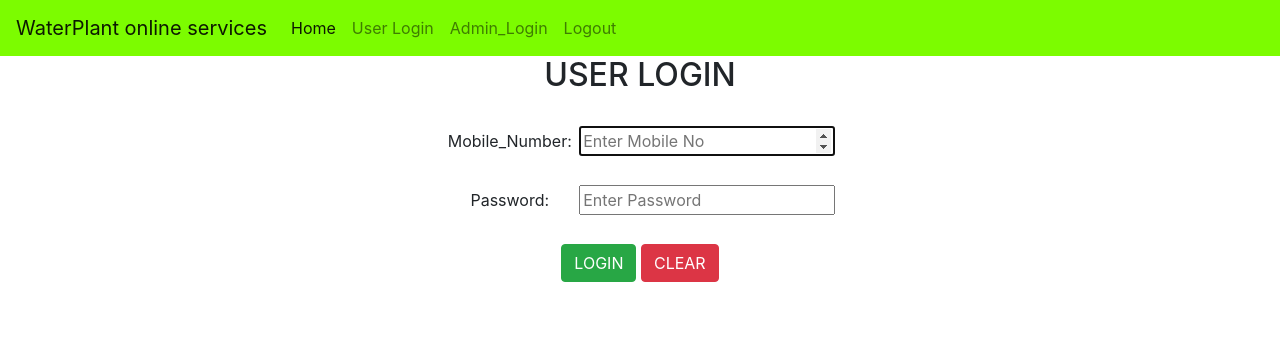
Repository: SHARMILAG97/WebApplication
Page: http://localhost/waterplant_web/userlogin.jsp
These files come from the project's save history. The page is drawn as it stood at one moment and after the next save; the edit follows.
The browser window is 1280 px wide. The pictures show the whole page.
The page is served by Tomcat 9. Other server files are loaded and not shown.

Above is the page before, as saved 2019-09-18 10:45:32.
Console error: TypeError: Cannot read properties of undefined (reading 'fn')

### waterplant_web/src/main/webapp/userlogin.jsp
<%@ page language="java" contentType="text/html; charset=ISO-8859-1"
    pageEncoding="ISO-8859-1"%>
<!DOCTYPE html>
<html>
<head>
<meta charset="ISO-8859-1">
<title>UserLogin</title>
<link rel="stylesheet" href="css/bootstrap.min.css">
<script src="js/bootstrap.min.js"></script>
<script src="js/jquery-3.4.1.min.js"></script>

<style type="text/css">
   label{
  width: 130px;
  display: inline-block;
  text-align:center;
   }
</style>



</head>

<body style="text-align:center">

<jsp:include page="headers.jsp"></jsp:include>
<h2>USER LOGIN</h2><br/>
<script type="text/javascript">
       function status() {

           window.location.href = "useroperations.jsp";
       }
 </script>
 <script>

function register() {

    event.preventDefault();
   var mobileno = document.getElementById("mobileno").value;
    var password = document.getElementById("password").value;
    var formData = "mobileno=" + mobileno + "&password=" + password;
    console.log(formData);

    var url = "http://localhost:8080/waterplant_web/UserLoginServlet?" + formData;
    console.log(url);
    var formData = {};
    $.get(url, function(response) {
        console.log(response);
        localStorage.setItem("LOGGED_IN_USER",response);
        console.log(response.errorMessage);
        var msg=JSON.parse(response);

        if (msg.errorMessage!=null) {
            alert("Invalid Username/Password");
            window.location.href = "userlogin.jsp";
        } else {

           status();
        }
    });
}
</script>
<%
String message = request.getParameter("message");
if (message != null){
	out.println("<font color='red'>" + message + "</font>");
}
%>


<form onsubmit="register()">
<label>Mobile_Number:</label>
<input type="number" name="mobileno" id="mobileno" placeholder="Enter Mobile No" required autofocus/>
<br/><br/>

<label>Password:</label>
<input type="password" name="password" id="password" placeholder="Enter Password" required />
<br/><br/>

<input type="submit" value="LOGIN" class="btn btn-success">
<button type="reset" class="btn btn-danger" value="clear">CLEAR</button>
</form>

<script >

function displayName(){

	var user =JSON.parse(localStorage.getItem("LOGGED_IN_USER"));
	var name= user.Name;
	document.getElementById("name").innerHtml = "Welcome....."+ name;
	return name;
}

displayName();
</script>


</body>
</html>

### waterplant_web/src/main/webapp/headers.jsp

<nav class="navbar navbar-expand-md navbar-light" style="background-color: #7CFC00;">
 <a class="navbar-brand" href="index.jsp">WaterPlant online services</a>
 <button class="navbar-toggler" type="button" data-toggle="collapse" data-target="#navbarCollapse" aria-controls="navbarCollapse" aria-expanded="false" aria-label="Toggle navigation">
   <span class="navbar-toggler-icon"></span>
 </button>
 <div class="collapse navbar-collapse" id="navbarCollapse">
   <ul class="navbar-nav mr-auto">
     <li class="nav-item active">
       <a class="nav-link" href="index.jsp">Home</a>
     </li>

     <li class="nav-item">
       <a class="nav-link " href="userlogin.jsp">User Login</a>
     </li>
     <li class="nav-item">
       <a class="nav-link " href="adminlogin.jsp">Admin_Login</a>
     </li>
      <li class="nav-item">
       <a class="nav-link " href="index.jsp">Logout</a>
     </li>

   </ul>
 <!--   <form class="form-inline mt-2 mt-md-0">
   <input class="form-control mr-sm-2" type="text" placeholder="Search" aria-label="Search">
     <button class="btn btn-outline-success my-2 my-sm-0" type="submit">Search</button>
   </form>-->
 </div>
</nav>

Loaded but not shown: waterplant_web/src/main/webapp/css/bootstrap.min.css (library); waterplant_web/src/main/webapp/js/bootstrap.min.js (library); waterplant_web/src/main/webapp/js/jquery-3.4.1.min.js (library)

After the next save:
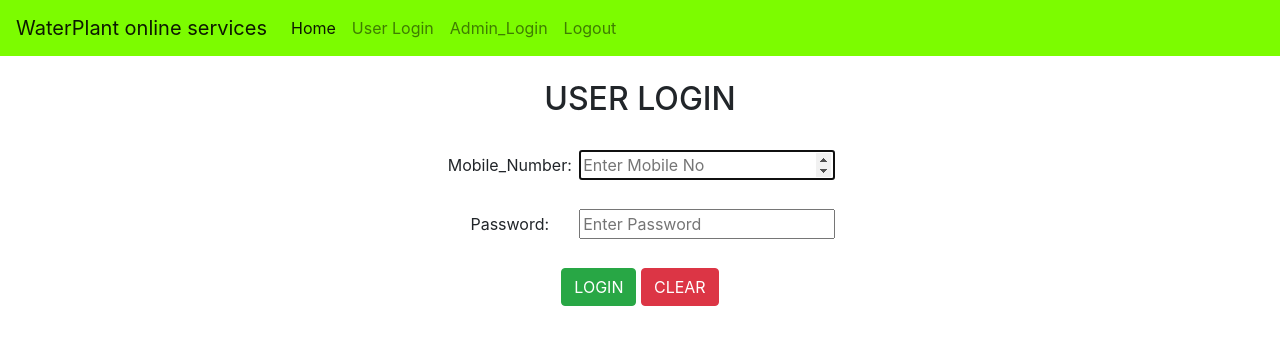
Saved 23 s later.
--- a/waterplant_web/src/main/webapp/userlogin.jsp
+++ b/waterplant_web/src/main/webapp/userlogin.jsp
@@ -24,7 +24,7 @@
 <body style="text-align:center">
 
 <jsp:include page="headers.jsp"></jsp:include>
-<h2>USER LOGIN</h2><br/>
+<br/><h2>USER LOGIN</h2><br/>
 <script type="text/javascript">
        function status() {
 
